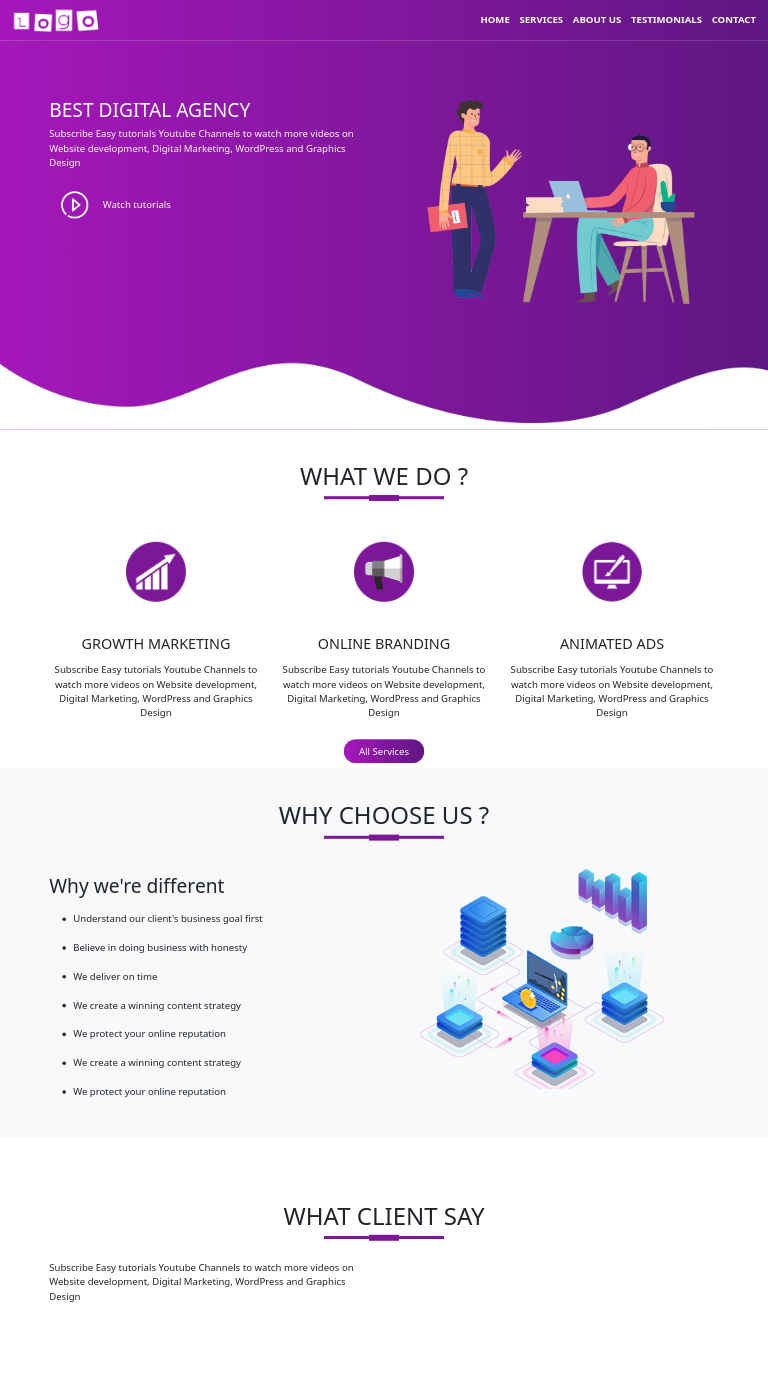
Repository: wadelfadill/Bootstrap_tache_2_website_design
Page: index.html
These files come from the project's save history. The page is drawn as it stood at one moment and after the next save; the edit follows.
The browser window is 1280 px wide. The pictures show the whole page, at 60% of full size.
Some web libraries are served in a nearby version.

Above is the page before, as saved 2023-04-05 17:56:29.

After the next save:
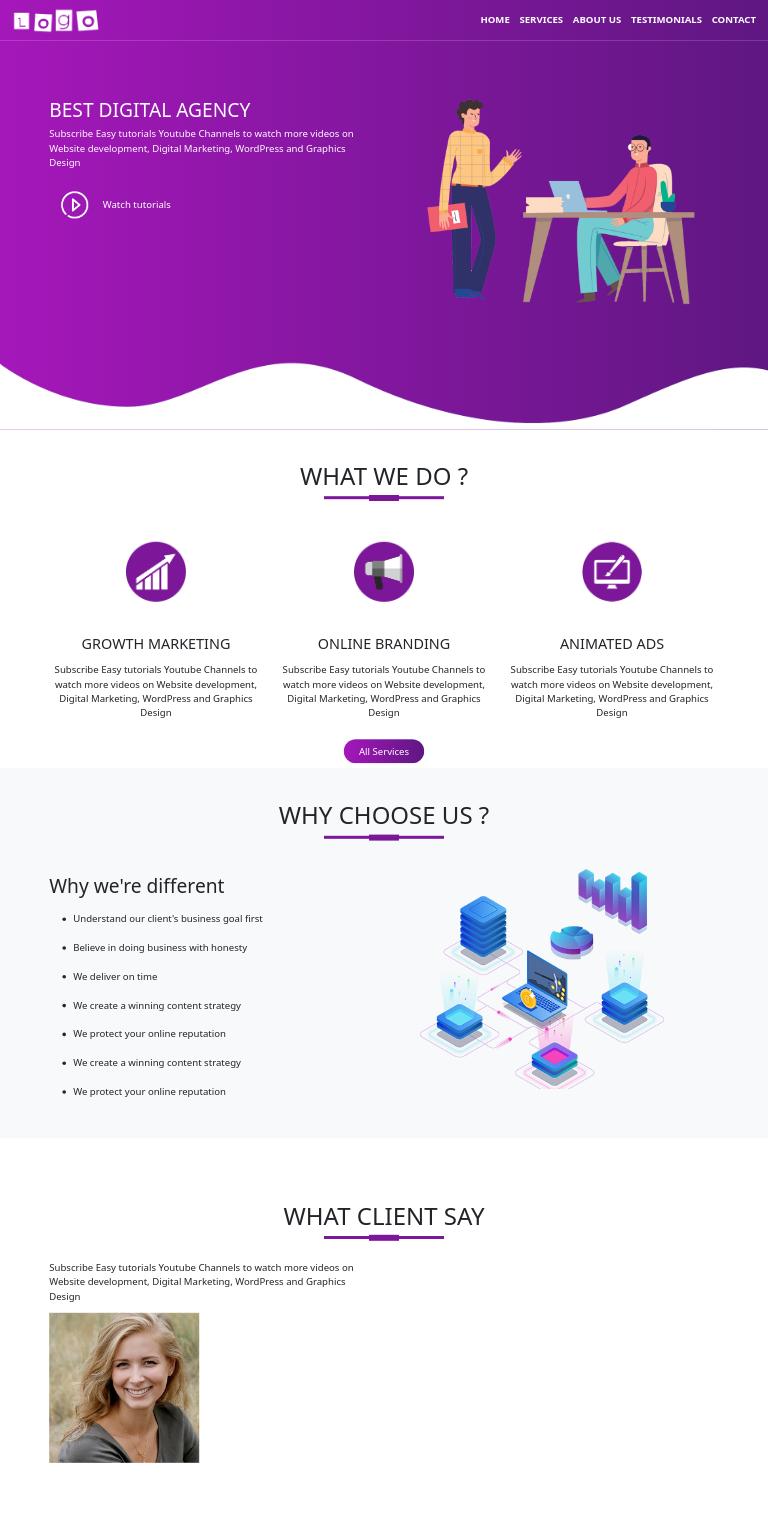
Saved 46 s later.
--- a/index.html
+++ b/index.html
@@ -128,6 +128,7 @@
               Subscribe Easy tutorials Youtube Channels to watch more videos on
               Website development, Digital Marketing, WordPress and Graphics Design
             </p>
+            <img src="images/user1.jpg" alt="">
 
           </div>
         </div>
